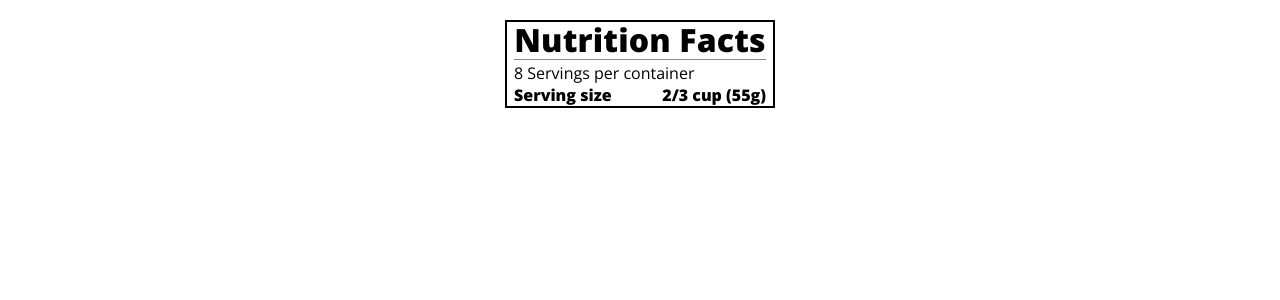
Repository: Lungdjos/typography
Page: index.html
An editor plug-in stored every save of this project. The page is shown before and after the next save, followed by the edit.
The browser window is 1280 px wide. The pictures show the whole page.

Above is the page before, as saved 2023-10-28 01:13:07.

### index.html
<!DOCTYPE html>
<html lang="en">

<head>
    <meta charset="UTF-8">
    <meta name="viewport" content="width=device-width, initial-scale=1.0">
    <title>Nutrition Label</title>
    <link rel="stylesheet" href="styles.css">
    <link rel="stylesheet" href="https://fonts.googleapis.com/css?family=Open+Sans:400,700,800">
</head>

<body>
    <div class="label">
        <header>
            <h1 class="bold">Nutrition Facts</h1>
            <div class="divider"></div>
            <p>8 Servings per container</p>
            <p class="bold">Serving size <span>2/3 cup (55g)</span></p>
        </header>
    </div>

</body>

</html>

### styles.css
body {
    font-family: "Open Sans", sans-serif;
}

html {
    font-size: 16px;
}

.label {
    border: 2px solid black;
    width: 270px;
    margin: 20px auto;
    padding: 0 7px;
}

* {
    box-sizing: border-box;
}

header h1 {
    text-align: center;
    margin: -4px 0;
    letter-spacing: .15PX;
}

p {
    margin: 0;
    display: flex;
    justify-content: space-between;
}

.divider {
    border-bottom: 1px solid #888989;
    margin: 2px 0;
}

.bold {
    font-weight: 800;
}

After the next save:
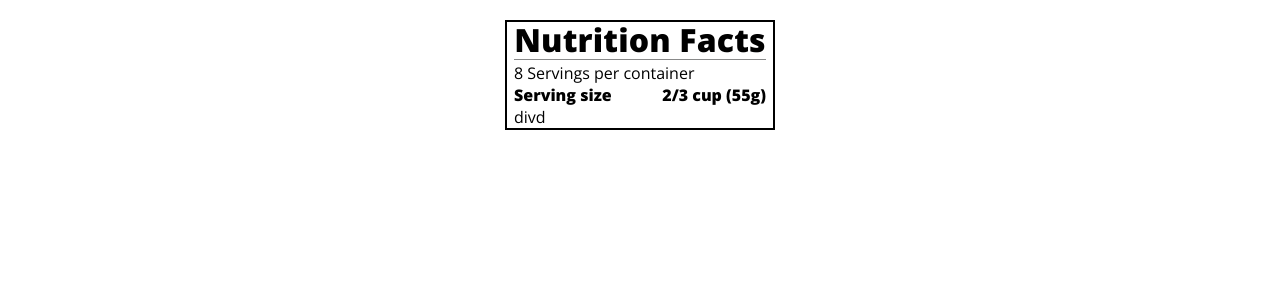
Saved 35 s later.
--- a/index.html
+++ b/index.html
@@ -17,6 +17,7 @@
             <p>8 Servings per container</p>
             <p class="bold">Serving size <span>2/3 cup (55g)</span></p>
         </header>
+        divd
     </div>
 
 </body>
